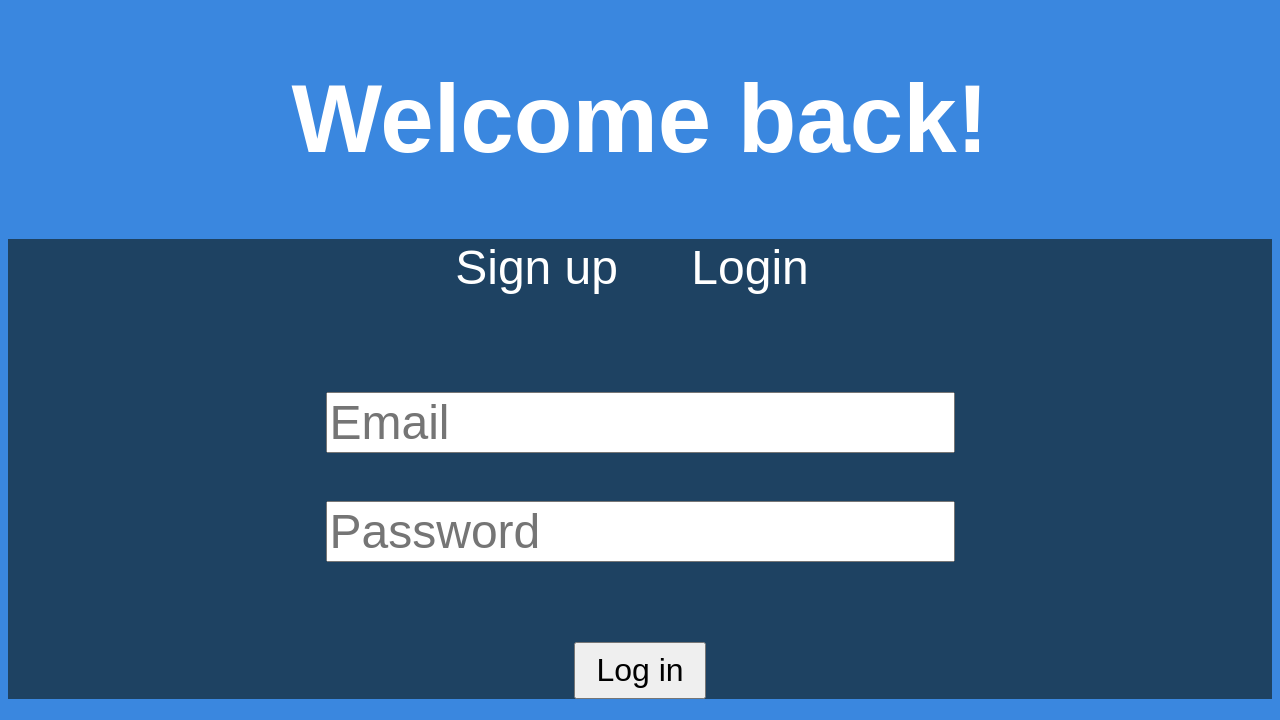
Repository: NicolasssCarlos/basic-flask-login
Page: http://localhost/
An editor plug-in stored every save of this project. The page is shown before and after the next save, followed by the edit.
The browser window is 1280 px wide. The pictures show the whole page.
The page is served by the project's application, run on Flask 3 (app.py).

Above is the page before, as saved 2025-06-11 20:42:40.

After the next save:
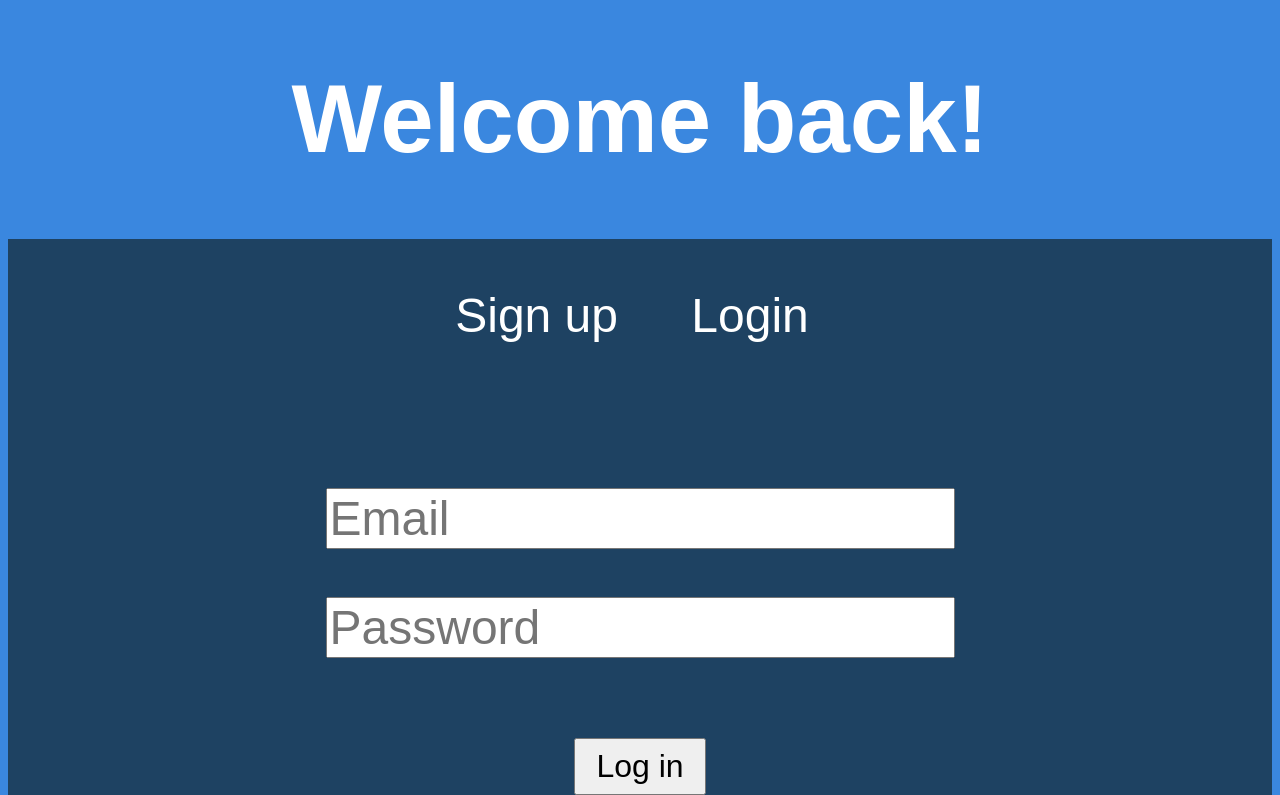
Saved 10 s later.
--- a/static/main.css
+++ b/static/main.css
@@ -166,5 +166,8 @@
     cursor: pointer;
 
 
+    margin-top: 3rem;
 
+
+    margin-bottom: 3rem;
 }
